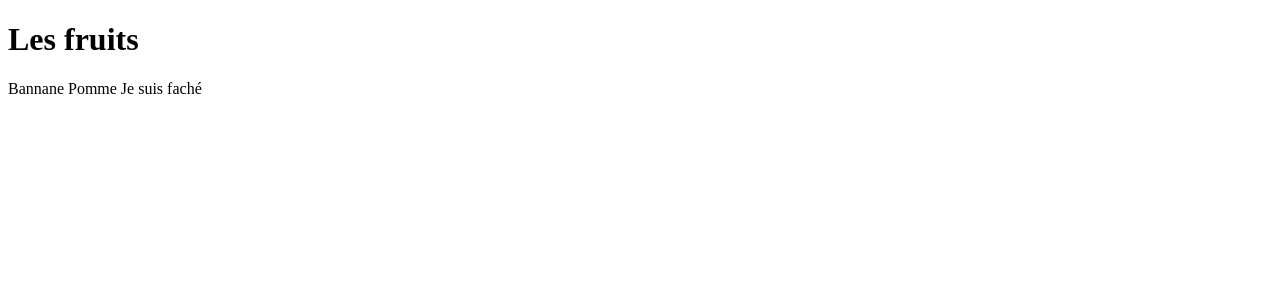
Repository: ThomasMTNB/EclipseJSP-JEE-JSTL
Page: http://localhost/TestServlet/Fruit
The author's editor kept a copy of each file at every save. The page is drawn from the files as they stood at one save, then again after the next save.
The browser window is 1280 px wide. The pictures show the whole page.
The page is served by Tomcat 9.

Above is the page before, as saved 2022-06-29 08:16:11.

After the next save:
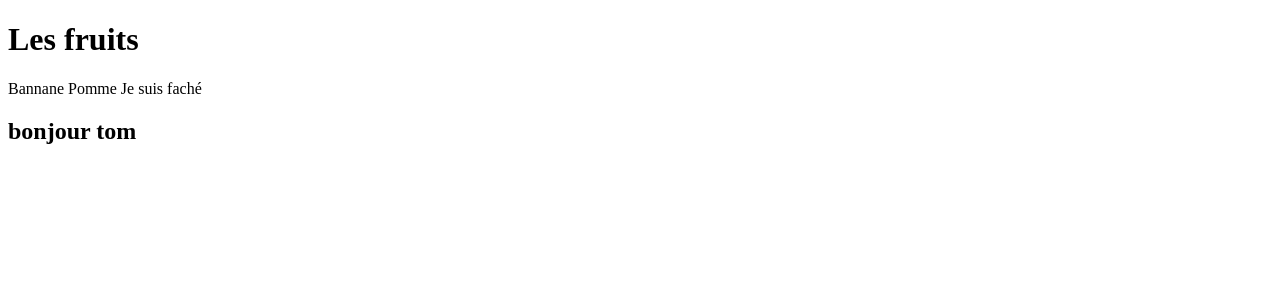
Saved 5 s later.
--- a/TestServlet/src/main/webapp/WEB-INF/Fruit.jsp
+++ b/TestServlet/src/main/webapp/WEB-INF/Fruit.jsp
@@ -17,5 +17,7 @@
 
 	</p>
 
+	<h2>${nom}</h2>
+
 </body>
 </html>
